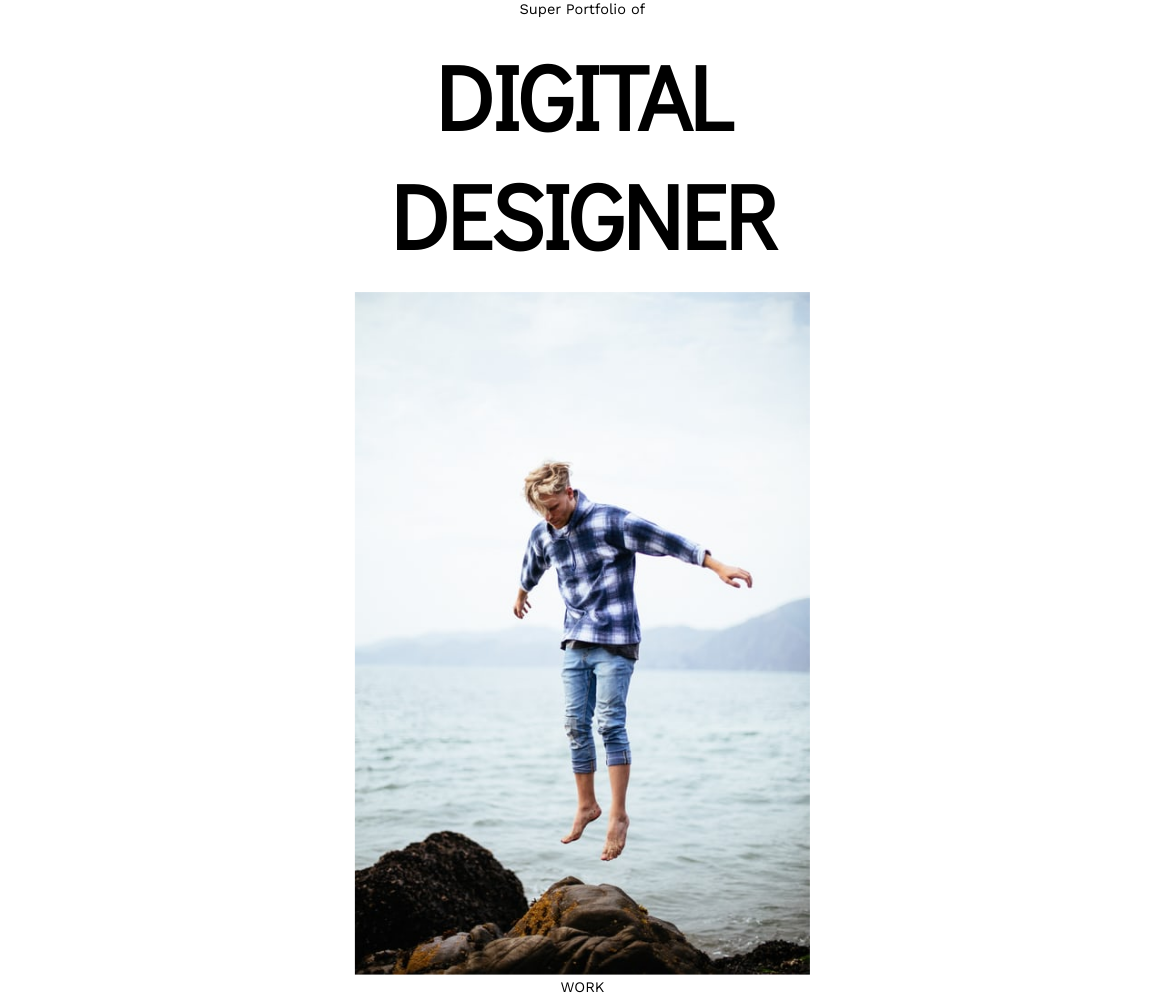
Repository: m0lt/DigitalDesigner
Page: index.html
An editor plug-in stored every save of this project. The page is shown before and after the next save, followed by the edit.
The browser window is 1280 px wide. The pictures show the whole page, at 91% of full size.

Above is the page before, as saved 2025-07-08 10:26:40.

### index.html
<!DOCTYPE html>
<html lang="en">
  <head>
    <meta charset="UTF-8" />
    <meta name="viewport" content="width=device-width, initial-scale=1.0" />
    <link rel="stylesheet" href="./assets/css/styles.css" />
    <link rel="stylesheet" href="./assets/css/styles.css" />
    <title>Project 1</title>
  </head>
  <body>
    <header></header>
    <main>
      <section class="hero">
        <p>Super Portfolio of</p>
        <h1>DIGITAL<br />DESIGNER</h1>
        <img src="./assets/img/portfolio1.jpeg" alt="Man Jumping on Rock" />
        <p>WORK</p>
      </section>
      <section class="light content"></section>
      <section class="dark content"></section>
      <section></section>
      <section></section>
    </main>
    <footer></footer>
  </body>
</html>

### assets/css/styles.css
* {
  box-sizing: border-box;
  margin: 0;
  padding: 0;
}

:root {
  --primary-color: ;
  --void: #000;
  --bright: #fff;
  --dark: #333;
  --mid: #666;
  --light: #9e9e9e;
  --font-size: 16px;
}

@font-face {
  font-family: "Didact Gothic";
  src: url(../font/Didact_Gothic/DidactGothic-Regular.ttf);
}
@font-face {
  font-family: "Fjalla One";
  src: url(../font/Fjalla_One/FjallaOne-Regular.ttf);
}
@font-face {
  font-family: "Work Sans";
  src: url(../font/Work_Sans/WorkSans-VariableFont_wght.ttf);
}

html {
}

.content {
  margin: 0 220px;
}

h1 {
  font-family: "Didact Gothic";
  font-size: 100px;
  font-weight: 100px;
  letter-spacing: -2px;
  margin: 20px;
}
.hero {
  text-align: center;
}
.hero p {
  font-family: "Work Sans";
}
.hero p:first-of-type(1) {
  font-size: 20px;
}
.hero p:first-of-type(2) {
  font-size: 160px;
}

.light {
}

After the next save:
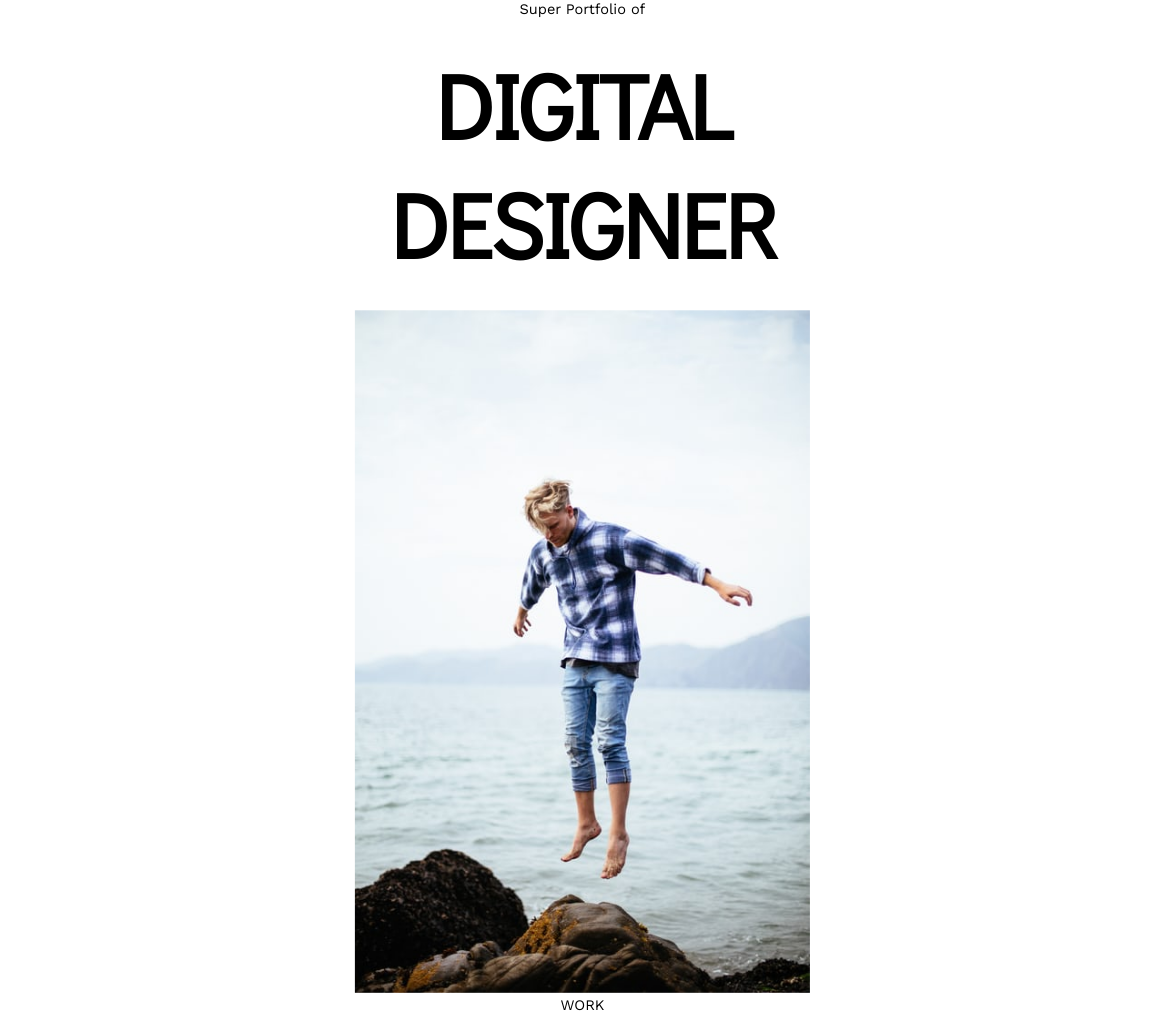
Saved 10 s later.
--- a/assets/css/styles.css
+++ b/assets/css/styles.css
@@ -39,7 +39,7 @@ h1 {
   font-size: 100px;
   font-weight: 100px;
   letter-spacing: -2px;
-  margin: 20px;
+  margin: 30px;
 }
 .hero {
   text-align: center;
